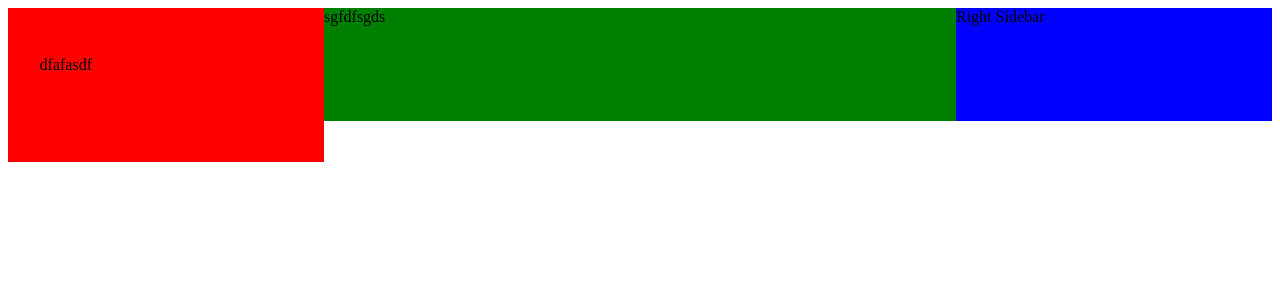
Repository: SainediAmbika/RecallingAll
Page: Angular Recalling/Flex+Grid/index.html
These files come from the project's save history. The page is drawn as it stood at one moment and after the next save; the edit follows.
The browser window is 1280 px wide. The pictures show the whole page.

Above is the page before, as saved 2025-05-20 11:42:05.

After the next save:
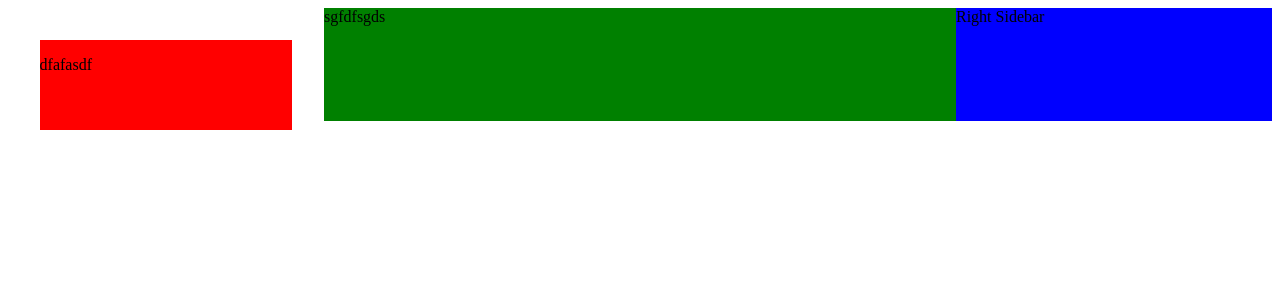
Saved 10 s later.
--- a/Angular Recalling/Flex+Grid/app.css
+++ b/Angular Recalling/Flex+Grid/app.css
@@ -5,5 +5,5 @@
 }
 .leftSidebar, mainContent, rightSidebar {
     height: 80%;
-    padding: 10%;
+    margin: 10%;
 }
